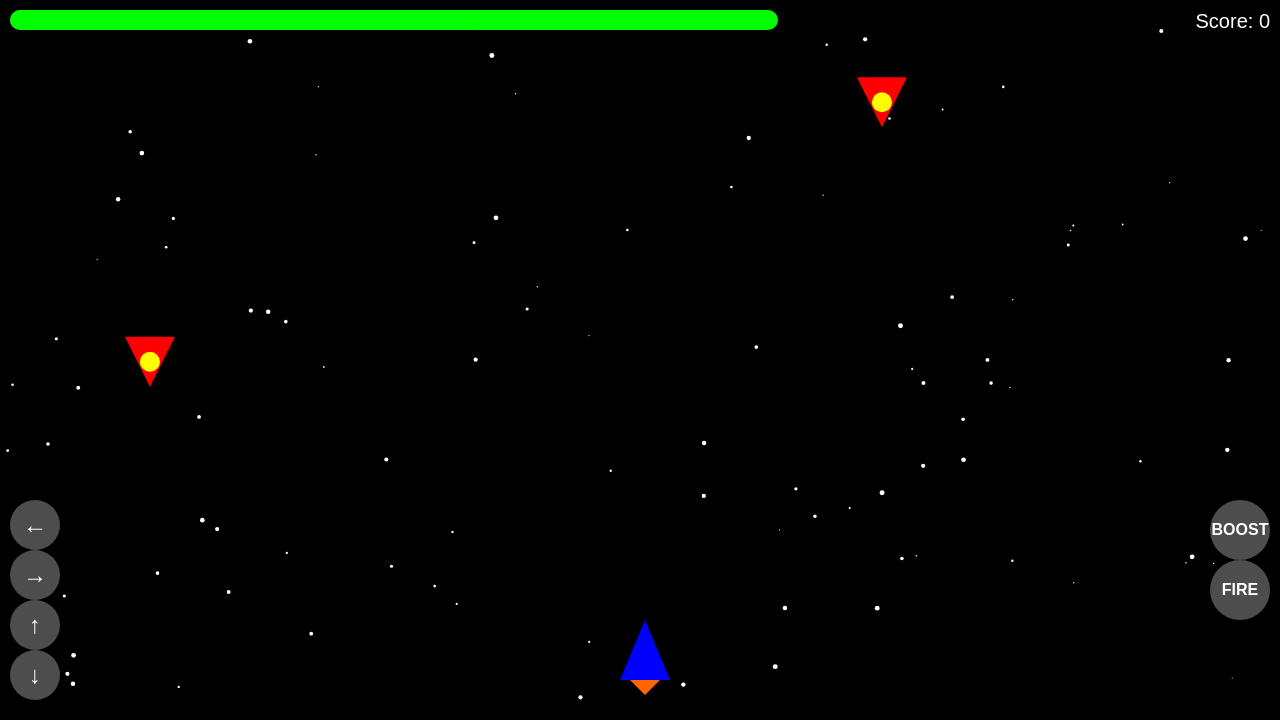
Repository: BiranOrundas/space-shooter
Page: space-shooter.html
The author's editor kept a copy of each file at every save. The page is drawn from the files as they stood at one save, then again after the next save.
The browser window is 1280 px wide. The pictures show the whole page.

Above is the page before, as saved 2025-03-13 14:11:09.

After the next save:
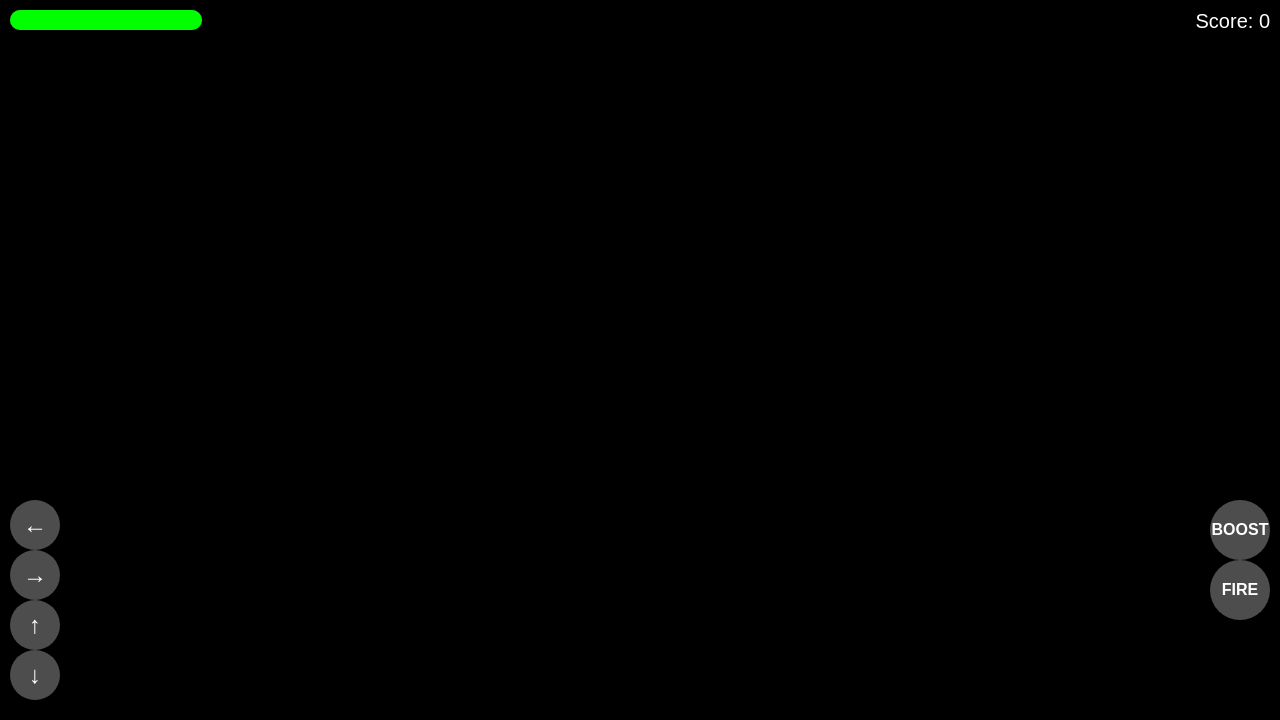
Console error: ReferenceError: day is not defined
Saved 105 s later.
--- a/space-shooter.html
+++ b/space-shooter.html
@@ -423,6 +423,7 @@
     }, 1500);
 }
 
+day();
 
 
 

After the save that followed:
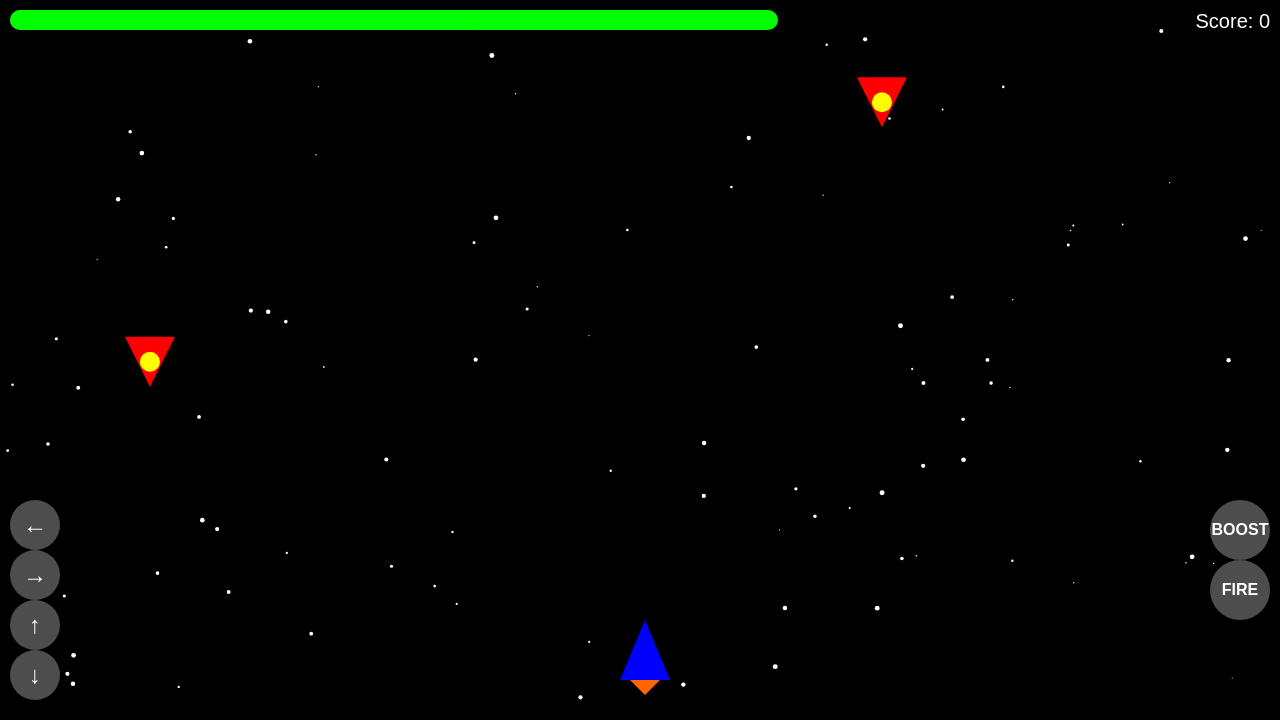
The error is gone.
Saved 5 s later.
--- a/space-shooter.html
+++ b/space-shooter.html
@@ -423,7 +423,7 @@
     }, 1500);
 }
 
-day();
+Day();
 
 
 
